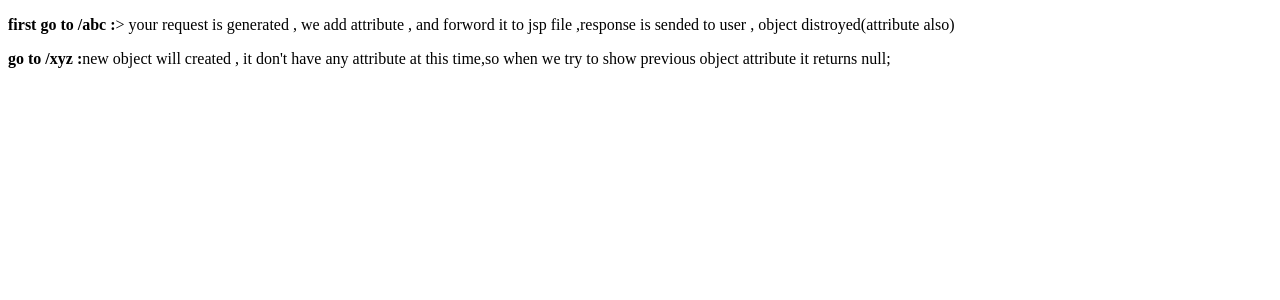
Repository: suraj-repositories/java-practice-2-advance-java-1
Page: http://localhost/Ad_26_Request_and_Session_scope/
An editor plug-in stored every save of this project. The page is shown before and after the next save, followed by the edit.
The browser window is 1280 px wide. The pictures show the whole page.
The page is served by Tomcat 9.

Above is the page before, as saved 2023-07-28 01:00:32.

After the next save:
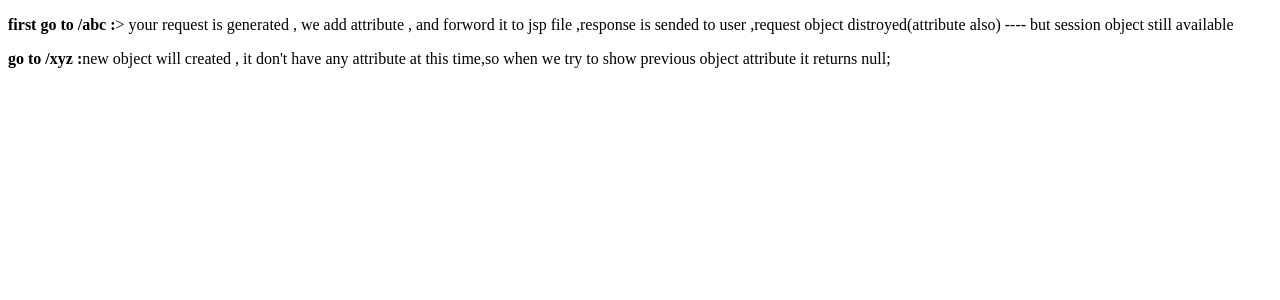
Saved 90 s later.
--- a/Ad_26_Request_and_Session_scope/src/main/webapp/index.jsp
+++ b/Ad_26_Request_and_Session_scope/src/main/webapp/index.jsp
@@ -8,7 +8,8 @@
 </head>
 <body>
 	<p><b>first go to /abc :</b>> your request is generated , we add attribute , and forword it to jsp file
-		,response is sended to user , object distroyed(attribute also)
+		,response is sended to user ,request object distroyed(attribute also)
+	----	but session object still available
 	</p>
 	<p><b> go to /xyz :</b>new object will created , it don't have any attribute at this time,so when we try to
 	show previous object attribute it returns null;
